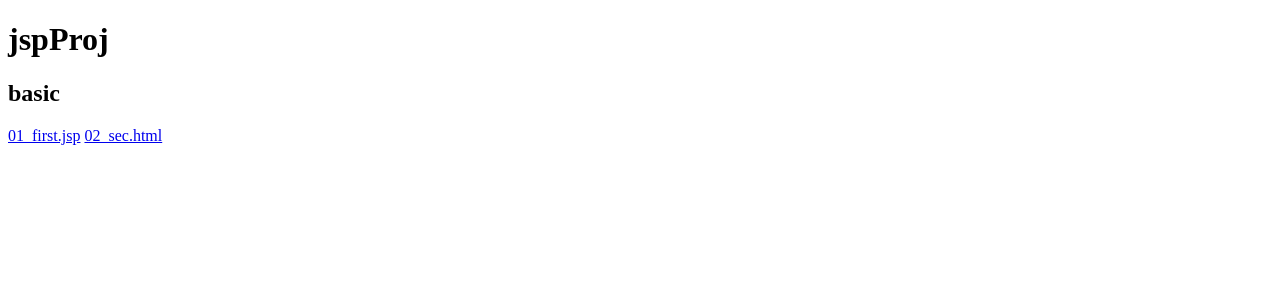
Repository: kimjihyeon9/202205_greenStudy-JSP-
Page: jspProject/src/main/webapp/index.html
These files come from the project's save history. The page is drawn as it stood at one moment and after the next save; the edit follows.
The browser window is 1280 px wide. The pictures show the whole page.

Above is the page before, as saved 2022-05-09 09:07:25.

### jspProject/src/main/webapp/index.html
<!DOCTYPE html>
<html>
<head>
<meta charset="EUC-KR">
<title>Insert title here</title>
</head>
<body>

<h1>jspProj</h1>
<h2>basic</h2>
<a href="basic/01_first.jsp">01_first.jsp</a>
<a href="basic/02_sec.html">02_sec.html</a>


</body>
</html>

After the next save:
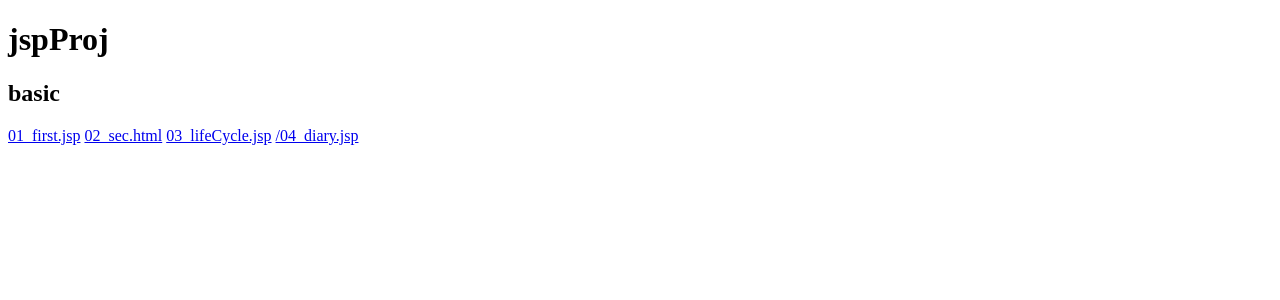
Saved 84 s later.
--- a/jspProject/src/main/webapp/index.html
+++ b/jspProject/src/main/webapp/index.html
@@ -10,7 +10,8 @@
 <h2>basic</h2>
 <a href="basic/01_first.jsp">01_first.jsp</a>
 <a href="basic/02_sec.html">02_sec.html</a>
-
+<a href="basic/03_lifeCycle.jsp">03_lifeCycle.jsp</a>
+<a href="basic/04_diary.jsp">/04_diary.jsp</a>
 
 </body>
 </html>
